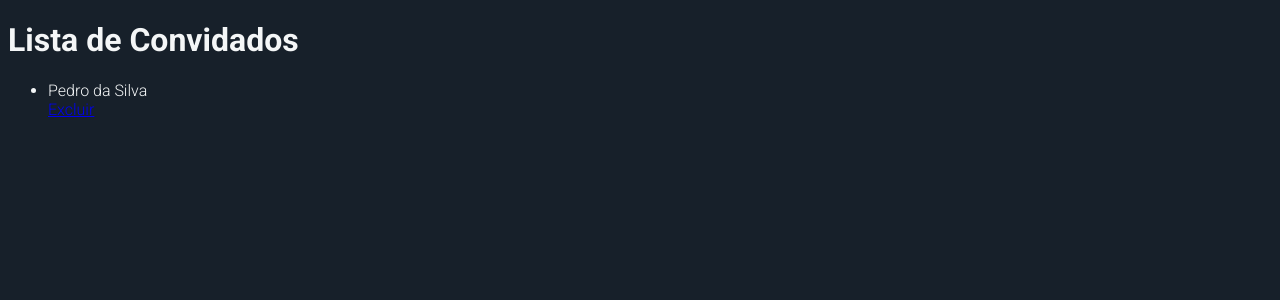
Repository: andrevff/lista-de-convidados
Page: index.html
These files come from the project's save history. The page is drawn as it stood at one moment and after the next save; the edit follows.
The browser window is 1280 px wide. The pictures show the whole page.

Above is the page before, as saved 2022-11-29 17:20:59.

### index.html
<!DOCTYPE html>
<html lang="pt-br">
<head>
    <meta charset="UTF-8">
    <meta http-equiv="X-UA-Compatible" content="IE=edge">
    <meta name="viewport" content="width=device-width, initial-scale=1.0">
    <link rel="stylesheet" type="text/css" href="assets/css/styles.css">
    <title>Lista de Convidados</title>
</head>
<body>
    <div id="app">
        <h1>Lista de Convidados</h1>
        <ul>
            <li>Pedro da Silva</li>
            <a href="#">Excluir</a>
        </ul>
    </div>
    <script src="assets/js/scripts.js" type="text/javascript"></script>
</body>
</html>

### assets/css/styles.css
@import url('https://fonts.googleapis.com/css2?family=Roboto:wght@300;700&display=swap');

* {
    font-family: 'Roboto', sans-serif;
}

body {
    background-color: #17202A;
    color: #F4F6F7;
}

h1 {
    font-weigth: 700;
}

Loaded but not shown: assets/js/scripts.js (no stored copy; drawn as an empty file)

After the next save:
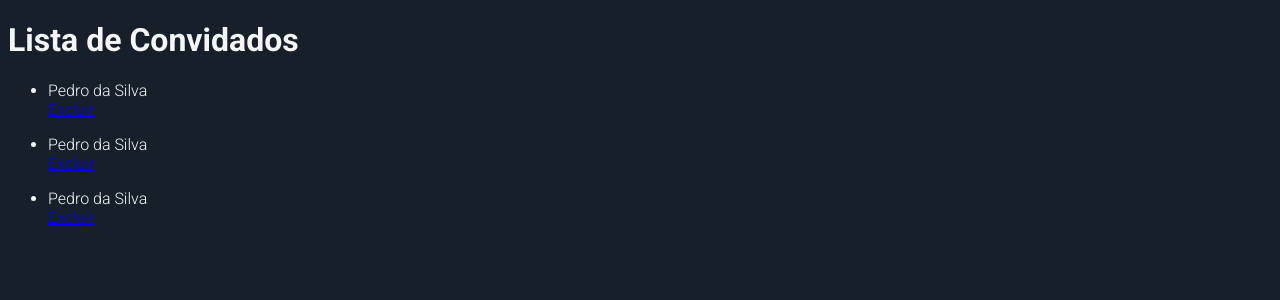
Saved 22 s later.
--- a/index.html
+++ b/index.html
@@ -14,6 +14,14 @@
             <li>Pedro da Silva</li>
             <a href="#">Excluir</a>
         </ul>
+        <ul>
+            <li>Pedro da Silva</li>
+            <a href="#">Excluir</a>
+        </ul>
+        <ul>
+            <li>Pedro da Silva</li>
+            <a href="#">Excluir</a>
+        </ul>
     </div>
     <script src="assets/js/scripts.js" type="text/javascript"></script>
 </body>
